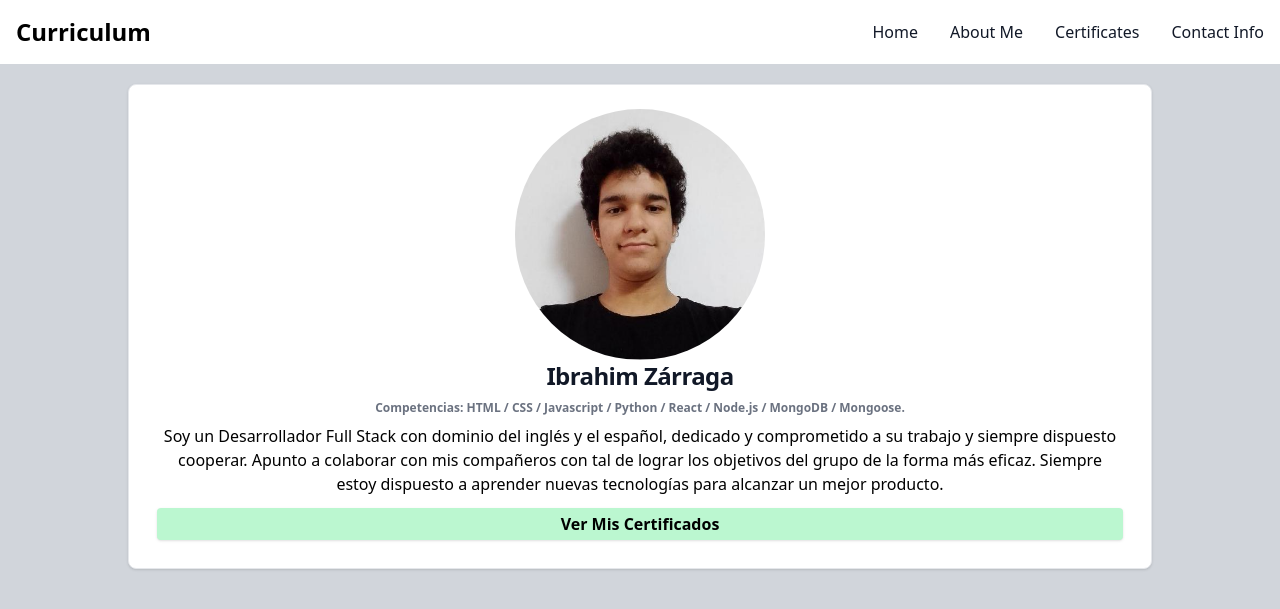
Repository: JetPi/Presentatio-Project
Page: /
These files come from the project's save history. The page is drawn as it stood at one moment and after the next save; the edit follows.
The browser window is 1280 px wide. The pictures show the whole page.
The project was rebuilt for these pictures with package versions that can differ from the ones it lists, and the page was loaded fresh each time. The framework's server and built-in components were replaced by stand-ins that run in the browser. Also part of the build but not shown: next.config.js.

Above is the page before, as saved 2023-04-03 16:27:24.

After the next save:
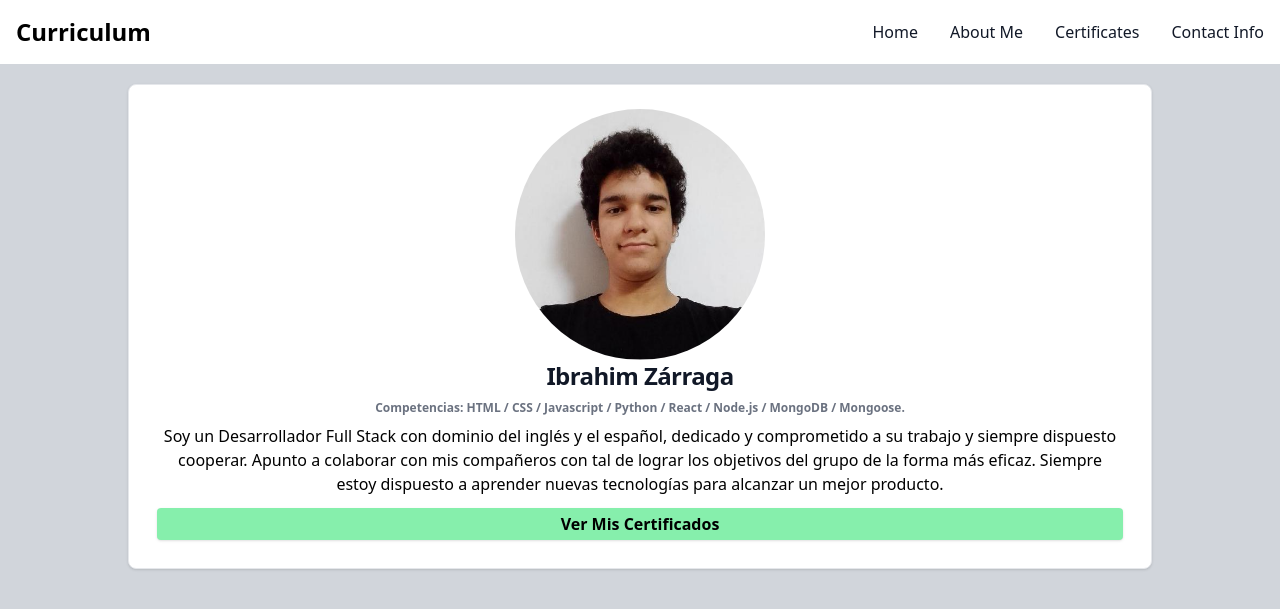
Saved 8 s later.
--- a/src/components/Button.tsx
+++ b/src/components/Button.tsx
@@ -29,7 +29,7 @@
   return (
     <Link
       href={href}
-      className={`${styling} flex justify-center px-2 py-1 m-1 font-semibold bg-green-200 rounded shadow hover:bg-green-400 dark:bg-gray-800 dark:border-gray-700 dark:hover:bg-gray-700`}
+      className={`${styling} flex justify-center px-2 py-1 m-1 font-semibold bg-green-300 rounded shadow hover:bg-green-400 dark:bg-gray-800 dark:border-gray-700 dark:hover:bg-gray-700`}
     >
       {children}
     </Link>

After the save that followed:
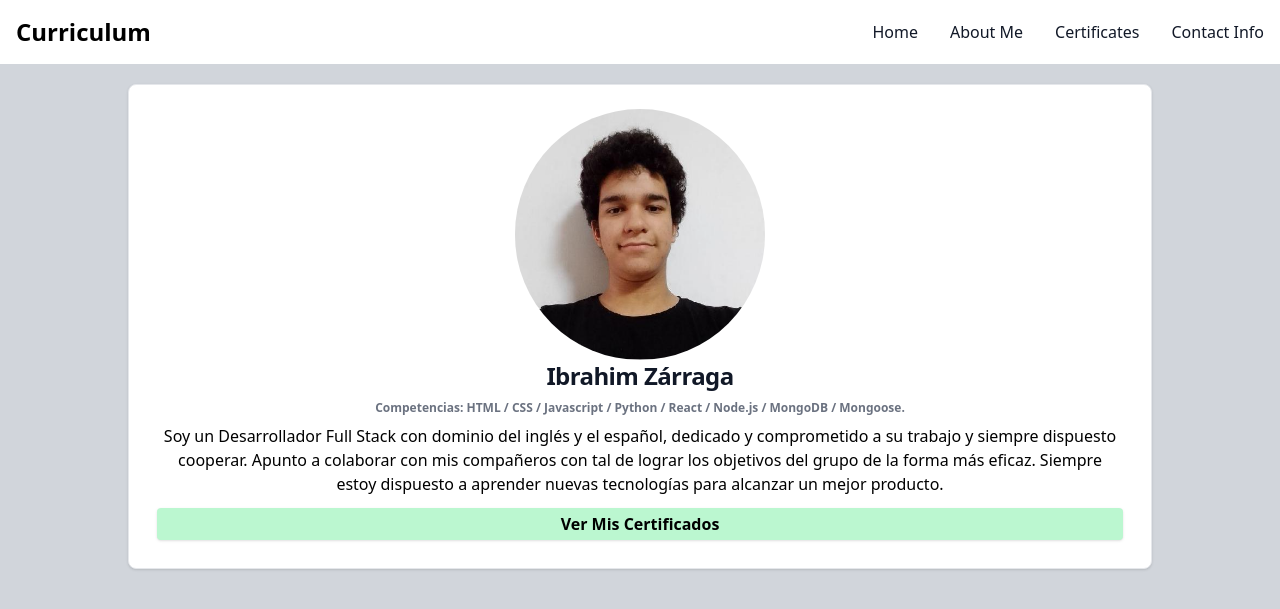
Saved 110 s later.
--- a/src/components/Button.tsx
+++ b/src/components/Button.tsx
@@ -29,7 +29,7 @@
   return (
     <Link
       href={href}
-      className={`${styling} flex justify-center px-2 py-1 m-1 font-semibold bg-green-300 rounded shadow hover:bg-green-400 dark:bg-gray-800 dark:border-gray-700 dark:hover:bg-gray-700`}
+      className={`${styling} flex justify-center px-2 py-1 m-1 font-semibold bg-green-200 rounded shadow hover:bg-green-400 dark:bg-gray-800 dark:border-gray-700 dark:hover:bg-gray-700`}
     >
       {children}
     </Link>
